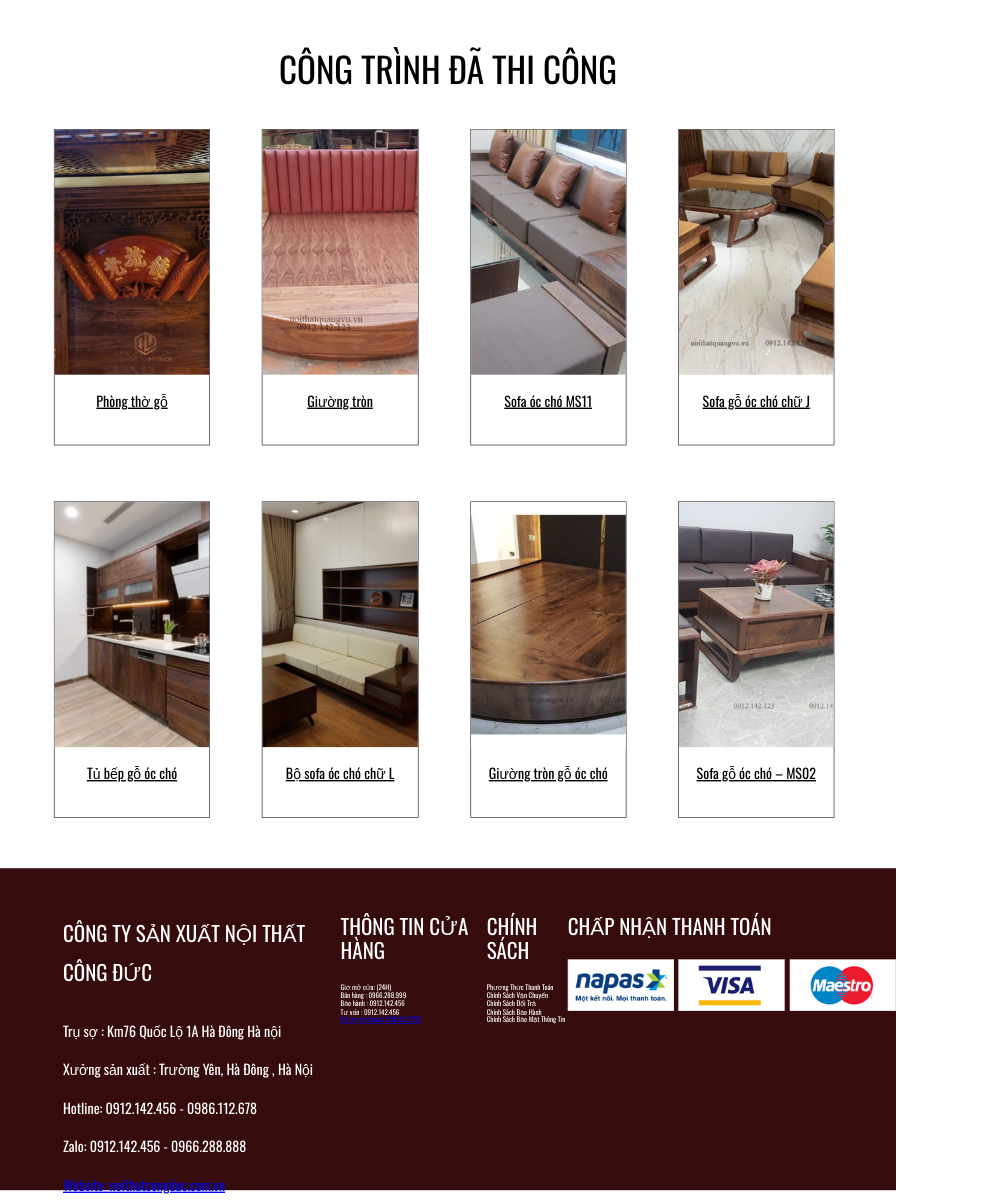
Repository: KHANHD192/FigmaTo-HTML
Page: APP-SHOP/index.html
These files come from the project's save history. The page is drawn as it stood at one moment and after the next save; the edit follows.
The browser window is 1280 px wide. The page is 1437 px wide, so the pictures cover 1437 px, including what lies to the right of the window. The pictures show the part of the page from y = 3136 to 4856 px (the page is 4856 px tall before and 4846 px after), at 70% of full size.

Above is the page before, as saved 2022-11-21 18:59:01.

### APP-SHOP/index.html
<!DOCTYPE html>
<html lang="en">
<head>
    <meta charset="UTF-8">
    <meta http-equiv="X-UA-Compatible" content="IE=edge">
    <meta name="viewport" content="width=device-width, initial-scale=1.0">
    <title>APP-SHOP</title>
    <link rel="stylesheet" href="https://cdnjs.cloudflare.com/ajax/libs/normalize/8.0.1/normalize.min.css" integrity="sha512-NhSC1YmyruXifcj/KFRWoC561YpHpc5Jtzgvbuzx5VozKpWvQ+4nXhPdFgmx8xqexRcpAglTj9sIBWINXa8x5w==" crossorigin="anonymous" referrerpolicy="no-referrer" />
    <link rel="stylesheet" href="./asset/Css_main/base.css">
    <link rel="stylesheet" href="./asset/Css_main/main.css">
    <link rel="preconnect" href="https://fonts.googleapis.com">
     <link rel="preconnect" href="https://fonts.gstatic.com" crossorigin>
</head>
<body>
    <div class="app">
         <header class="app__header">
                 <div class="header__nav-bar">
                    <ul class="nav-bar__item">
                        <li>
                            <a href="./index.html" class="nav-bar__item-link">Trang chủ</a>
                        </li>
                        <li>
                            <a href="#" class="nav-bar__item-link">Sản phẩm</a>
                        </li>
                        <li>
                            <a href="./ctdtc.html" class="nav-bar__item-link">Công trình đã thi công</a>
                        </li>
                        <li>
                            <a href="./tintuc.html" class="nav-bar__item-link">Tin tức</a>
                        </li>
                    </ul>
                    <ul class="nav-bar__icon">
                        <li>
                            <img src="./asset/IMG/image 3.png" alt="" class="logo">
                        </li>
                        <li>
                            <img src="./asset/IMG/image 2.png" alt="" class="logo">
                        </li>
                    </ul>
                 </div>
                 <div class="header__background">
                     <img src="./asset/IMG/image 4.png" alt="background">
                 </div>
         </header>
         <div class="app__container">
        <div class="container__collect">
            <div class="collect1">
                <h2 class="title">PHÒNG KHÁCH / SOFA GỖ</h2>
                <ul class="list__item">
                    <li>
                        <div class="wrap__image">
                            <img src="./asset/IMG/image 5.png" alt="" class="item__image">
                        </div>
                        <a href="https://noithatquangvu.vn/san-pham/sofa-go-3/" class="item__image-link">Sofa gỗ 03</a>
                    </li>
                    <li>
                          <div class="wrap__image">
                            <img src="./asset/IMG/image 5 (1).png" alt="" class="item__image">
                          </div>
                        <a href="https://noithatquangvu.vn/san-pham/sofa-go/" class="item__image-link">Sofa gỗ</a>
                    </li>
                    <li>
                         <div class="wrap__image">
                            <img src="./asset/IMG/image 6.png" alt="" class="item__image">
                         </div>
                        <a href="https://noithatquangvu.vn/san-pham/sofa-go-chu-l/" class="item__image-link">Sofa gỗ chữ L</a>
                    </li>
                    <li>
                       <div class="wrap__image">
                        <img src="./asset/IMG/image 6 (1).png" alt="" class="item__image">
                       </div>
                        <a href="https://noithatquangvu.vn/san-pham/bo-sofa-go-oc-cho-ms10/" class="item__image-link">Bộ sofa óc chó</a>
                    </li>

                </ul>
            </div>
            <div class="collect1">
                <h2 class="title">PHÒNG NGỦ</h2>
                <ul class="list__item">
                    <li>
                        <div class="wrap__image">
                            <img src="./asset/IMG/image 5 (2).png" alt="" class="item__image">
                        </div>
                        <a href="https://noithatquangvu.vn/san-pham/giuong-ngu/" class="item__image-link">Giường ngủ M221</a>
                    </li>
                    <li>
                          <div class="wrap__image">
                            <img src="./asset/IMG/image 5 (3).png" alt="" class="item__image">
                          </div>
                        <a href="https://noithatquangvu.vn/san-pham/giuong-ngu-dep/" class="item__image-link">Giường ngủ đẹp</a>
                    </li>
                    <li>
                         <div class="wrap__image">
                            <img src="./asset/IMG/image 5 (4).png" alt="" class="item__image">
                         </div>
                        <a href="https://noithatquangvu.vn/san-pham/giuong-ngu-hien-dai/" class="item__image-link">Giường ngủ hiện đại</a>
                    </li>
                    <li>
                       <div class="wrap__image">
                        <img src="./asset/IMG/image 5 (5).png" alt="" class="item__image">
                       </div>
                        <a href="https://noithatquangvu.vn/san-pham/giuong-tron-dep/" class="item__image-link">Giường tròn đẹp</a>
                    </li>

                </ul>
            </div>
            <div class="collect1">
                <h2 class="title">PHÒNG BẾP</h2>
                <ul class="list__item">
                    <li>
                        <div class="wrap__image">
                            <img src="./asset/IMG/image 5 (6).png" alt="" class="item__image">
                        </div>
                        <a href="https://noithatquangvu.vn/san-pham/tu-bep-go-oc-cho/" class="item__image-link">Tủ bếp gỗ óc chó</a>
                    </li>
                    <li>
                          <div class="wrap__image">
                            <img src="./asset/IMG/image 5 (7).png" alt="" class="item__image">
                          </div>
                        <a href="https://noithatquangvu.vn/san-pham/tu%cc%89-ruo%cc%a3u/" class="item__image-link">Tủ rượu</a>
                    </li>
                    <li>
                         <div class="wrap__image">
                            <img src="./asset/IMG/image 5 (8).png" alt="" class="item__image">
                         </div>
                        <a href="https://noithatquangvu.vn/san-pham/bo%cc%a3-ban-ghe-an/" class="item__image-link">Bộ bàn ghế ăn</a>
                    </li>
                    <li>
                       <div class="wrap__image">
                        <img src="./asset/IMG/image 5 (9).png" alt="" class="item__image">
                       </div>
                        <a href="https://noithatquangvu.vn/san-pham/tu%cc%89-bep-_-ms01/" class="item__image-link">Tủ Bếp_TB01</a>
                    </li>

                </ul>
            </div>
        </div>
        <div class="container__project">
            <div class="project__tiltle">
                <p>DỰ ÁN TIÊU BIỂU</p>
            </div>
             <ul class="list__project">
                <li class="list__project-item">
                    <div class="enfold__image">
                        <img src="./asset/IMG/image 7.png" alt="" class="item__project">
                    </div>
                    <a href="https://noithatquangvu.vn/san-pham/bo%cc%a3-ban-ghe-an/" class="item__project-link">Dự án biệt thự móng cái </a>
                </li>
                <li class="list__project-item">
                    <div class="enfold__image">
                        <img src="./asset/IMG/image 7 (1).png" alt="" class="item__project">
                    </div>
                    <a href="https://noithatquangvu.vn/san-pham/bo%cc%a3-ban-ghe-an/" class="item__project-link">Căn Hộ chung Cư Cao Cấp</a>
                </li>

             </ul>
        </div>
        <div class="container__detail">
            <div class="collect1">
                <p>CÔNG TRÌNH ĐÃ THI CÔNG</p>
                <ul class="list__item">
                    <li>
                        <div class="wrap__image">
                            <img src="./asset/IMG/image 5 (10).png" alt="" class="item__image">
                        </div>
                        <a href="https://noithatquangvu.vn/san-pham/sofa-go-3/" class="item__image-link">Phòng thờ gỗ</a>
                    </li>
                    <li>
                          <div class="wrap__image">
                            <img src="./asset/IMG/image 5 (11).png" alt="" class="item__image">
                          </div>
                        <a href="https://noithatquangvu.vn/san-pham/giuong-tron/" class="item__image-link">Giường tròn
                        </a>
                    </li>
                    <li>
                         <div class="wrap__image">
                            <img src="./asset/IMG/image 5 (12).png" alt="" class="item__image">
                         </div>
                        <a href="https://noithatquangvu.vn/san-pham/sofa-oc-cho/" class="item__image-link">Sofa óc chó MS11

                        </a>
                    </li>
                    <li>
                       <div class="wrap__image">
                        <img src="./asset/IMG/image 5 (13).png" alt="" class="item__image">
                       </div>
                        <a href="https://noithatquangvu.vn/san-pham/sofa-go-oc-cho-chu-j/" class="item__image-link">Sofa gỗ óc chó chữ J


                        </a>
                    </li>

                </ul>
            </div>
            <div class="collect1 detail2">
                <ul class="list__item">
                    <li>
                        <div class="wrap__image">
                            <img src="./asset/IMG/image 5 (9).png" alt="" class="item__image">
                        </div>
                        <a href="https://noithatquangvu.vn/san-pham/tu-bep-go-oc-cho/" class="item__image-link">Tủ bếp gỗ óc chó
                        </a>
                    </li>
                    <li>
                          <div class="wrap__image">
                            <img src="./asset/IMG/image 5 (14).png" alt="" class="item__image">
                          </div>
                        <a href="https://noithatquangvu.vn/san-pham/bo-sofa-go-oc-cho-ms10/" class="item__image-link"> Bộ sofa óc chó chữ L
                        </a>
                    </li>
                    <li>
                         <div class="wrap__image">
                            <img src="./asset/IMG/image 5 (15).png" alt="" class="item__image">
                         </div>
                        <a href="https://noithatquangvu.vn/san-pham/giuong-tron-go-oc-cho/" class="item__image-link">Giường tròn gỗ óc chó
                        </a>
                    </li>
                    <li>
                       <div class="wrap__image">
                        <img src="./asset/IMG/image 5 (16).png" alt="" class="item__image">
                       </div>
                        <a href="https://noithatquangvu.vn/san-pham/sofa-go-oc-cho-ms02/" class="item__image-link">Sofa gỗ óc chó – MS02

                        </a>
                    </li>

                </ul>
            </div>
        </div>
         </div>
        <footer class="app__footer">
            <div class="footer__addres">
                <p class="addres__title">CÔNG TY SẢN XUẤT NỘI THẤT CÔNG ĐỨC</p>
                <ul>
                    <li class="address__item" >Trụ sợ : Km76 Quốc Lộ 1A Hà Đông Hà nội</li>
                    <li class="address__item">Xưởng sản xuất : Trường Yên, Hà Đông , Hà Nội</li>
                    <li class="address__item">Hotline: 0912.142.456 - 0986.112.678 </li>
                    <li class="address__item">Zalo: 0912.142.456 - 0966.288.888</li>
                    <li class="address__item">
                        <a href="noithatcongduc.com.vn">Website: noithatcongduc.com.vn</a>
                    </li>
                </ul>
            </div>
            <div class="footer__info">
                <p class="addres__title">THÔNG TIN CỬA HÀNG </p>
                <ul>
                    <li> Giờ mở cửa: (24H)</li>
                    <li>Bán hàng : 0966.288.999</li>
                    <li> Bảo hành : 0912.142.456 </li>
                    <li>Tư vấn : 0912.142.456</li>
                    <li>
                        <a href="tel:098.611.2158">Hỗ trợ kỹ thuật: 098.611.2158</a>
                    </li>
                </ul>
            </div>
            <div class="footer__term">
                <p class="addres__title">CHÍNH SÁCH</p>
                <ul>
                    <li>Phương Thức Thanh Toán</li>
                    <li>Chính Sách Vận Chuyển</li>
                    <li>Chính Sách Đổi Trả </li>
                    <li>Chính Sách Bảo Hành</li>
                    <li>
                        Chính Sách Bảo Mật Thông Tin
                    </li>
                </ul>
            </div>
            <div class="footer__payal">
                <p class="addres__title">CHẤP NHẬN THANH TOÁN</p>
                <ul class="payal__item">
                    <li>
                           <img src="./asset/IMG/image 8.png" alt="Phương thức thanh toán">
                    </li>
                </ul>
            </div>
        </footer>
    </div>
</body>
</html>

### APP-SHOP/asset/Css_main/base.css
@import url('https://fonts.googleapis.com/css2?family=Oswald&family=Roboto:wght@100&display=swap');
/* header */
html{
    font-size: 62.5%;
    box-sizing: border-box;
    font-family: 'Oswald', sans-serif;
}
.app{
    max-width: 1800px;
}
.app__header{

}
.header__nav-bar{
      display: flex;
      justify-content: space-between;
      height: 60px;
      background-color: #3C1700;;
}
.nav-bar__item {
    width: 603px;
    height: 30px;
    list-style: none;
    display: flex;
    font-family: 'Oswald', sans-serif;
    font-size: 20px;
    line-height: 29.64px;
    margin-top: 15px;
    margin-bottom: 15px ;
    margin-left: 63px;
}
.nav-bar__item-link{
    text-decoration: none;
    color: #FFFFFF;
    margin-right: 28px;
}
.header__nav-bar:not(:last-child){
    margin-right: 0;
}
.nav-bar__icon{
    list-style: none;
    display: flex;
    margin-top: 15px;
    margin-bottom: 15px ;
    margin-right: 15px;
}
.logo{
    width: 30px;
    height: 30px;
}
.logo:last-child{
    margin-left: 22px;
}
.header__background{
    width:100%;
    height: 420px;
}
.header__background img{
    width: 100%;
    height: 100%;
    object-fit: cover;
}
/* footer */
footer{
    max-width: 1800px;
    height:460px;
    background-color: #350B0C;
    color: #FFFFFF;
}
footer ul{
    list-style: none;
    padding: 0;
}
.app__footer{
    display:flex;
}
.addres__title{
    font-size: 30px;
}
.footer__addres , .footer__info ,.footer__term ,.footer__payal{
    margin-top:35px;
}
.footer__addres{
    max-width: 508px;
    height:375px;
    font-size: 20px;
    margin-left:90px;
   line-height: 55px;
}

### APP-SHOP/asset/Css_main/main.css
.app__container{
 max-width: 1800px;
    height: 3835px;
}
.collect1 h2{
    width: 285px;
    height: 42px;
    font-family: 'Oswald', sans-serif;
    font-weight: 400;
    font-size: 30px;
    line-height: 44.46px;
    color: #000000;
    position: relative;
    margin-top: 61px;
    margin-bottom: 61px;
    margin-left: 72px;
}
.collect1 h2::after{
    content: "";
    position: absolute;
    width: 1365px;
    height: 4px;
    background-color: #D9D9D9;
    left:0;
    bottom: -10px;

}
.collect1 .list__item{
    list-style: none;
    display: flex;
    margin-left:77px;
    margin-right: 88px;
    padding-left: 0;
}
.list__item li {
   max-width: 350px;
    height: 450px;
    border:  1px solid #332F2F;
    margin-right: 74px;
}
.list__item li:last-child{
    margin-right: 0;
}
li .wrap__image{
   max-width: 350px;
    height: 350px;
}
.item__image-link{
    display: block;
    max-width:100%;
    height: 63px;
    font-size: 20px;
    font-weight: 400;
    line-height: 44.46px;
   text-align: center;
   padding-top: 1.5rem;
    color: #000000;
}
li .wrap__image img{
    width: 100%;
    height: 100%;
    object-fit: cover;
}

.project__tiltle p {
    text-align: center;
    margin-top:91px;
    font-size: 50px;
    line-height: 74.1px;
    margin-bottom: 50px;
}
.list__project{
    display:flex;
    list-style: none;
    margin-left:131px;
    margin-right:131px;
    padding-left: 0;
    justify-content: space-between;
}
.list__project-item{
    max-width: 700px;
    height: 560px;
    border:  1px solid #332F2F;
}
.enfold__image{
    max-width: 700px;
    height: 400px;
}
.enfold__image img {
    width: 100%;
    height: 100%;
}
.item__project-link{
    display: block;
    max-width:100%;
    height: 63px;
    font-size: 30px;
    font-weight: 400;
    line-height: 44.46px;
   text-align: center;
   padding-top: 5rem;
    color:#6C271E;
}
.list__project-item:first-child{
    margin-right: 148px;
}
.collect1 p {
    text-align: center;
    margin-top:91px;
    font-size: 50px;
    line-height: 74.1px;
    margin-bottom: 50px;
}
.detail2{
    margin-top: 80px;
}

After the next save:
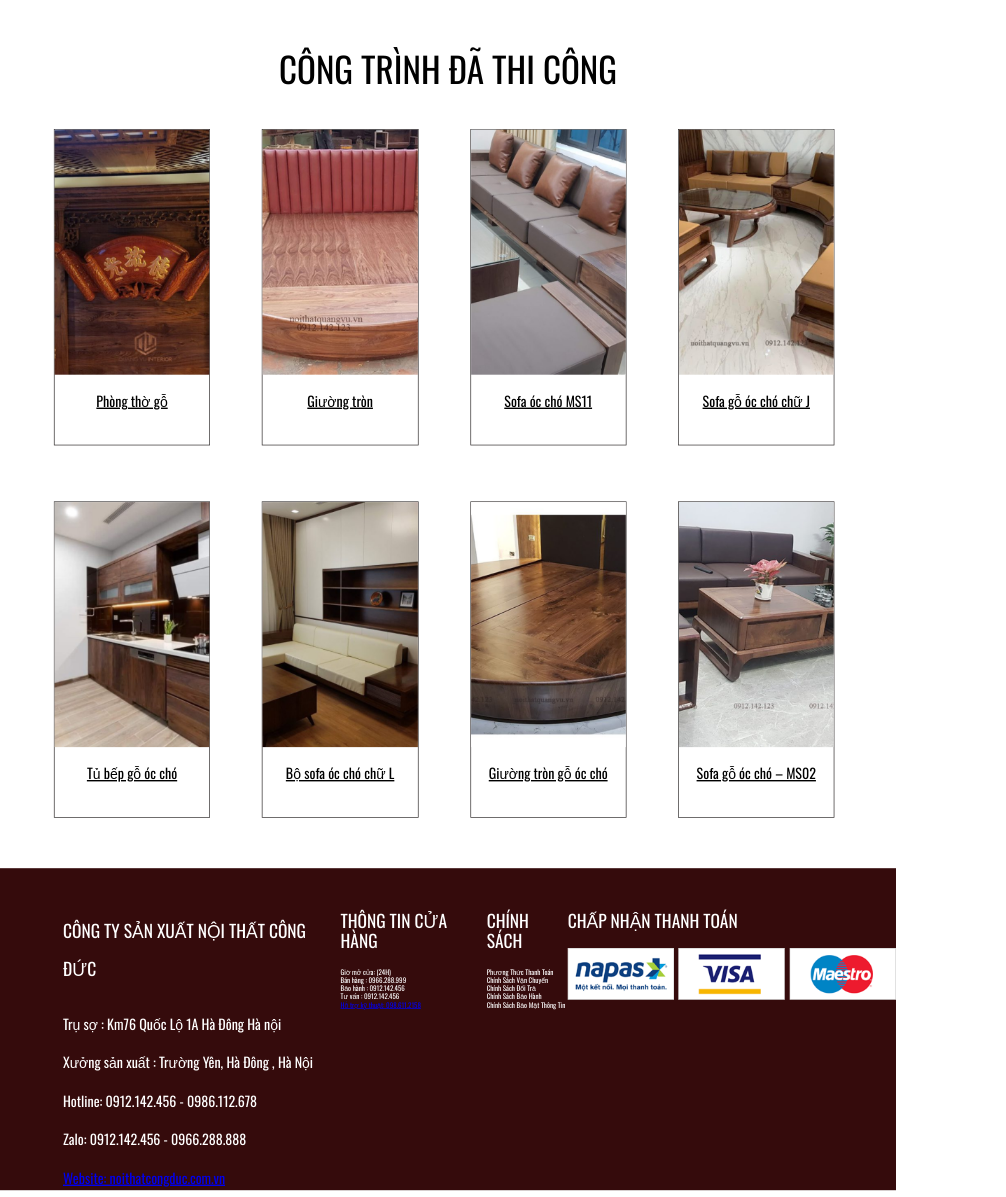
Saved 9 s later.
--- a/APP-SHOP/asset/Css_main/base.css
+++ b/APP-SHOP/asset/Css_main/base.css
@@ -75,7 +75,7 @@ footer ul{
     display:flex;
 }
 .addres__title{
-    font-size: 30px;
+    font-size: 25px;
 }
 .footer__addres , .footer__info ,.footer__term ,.footer__payal{
     margin-top:35px;
